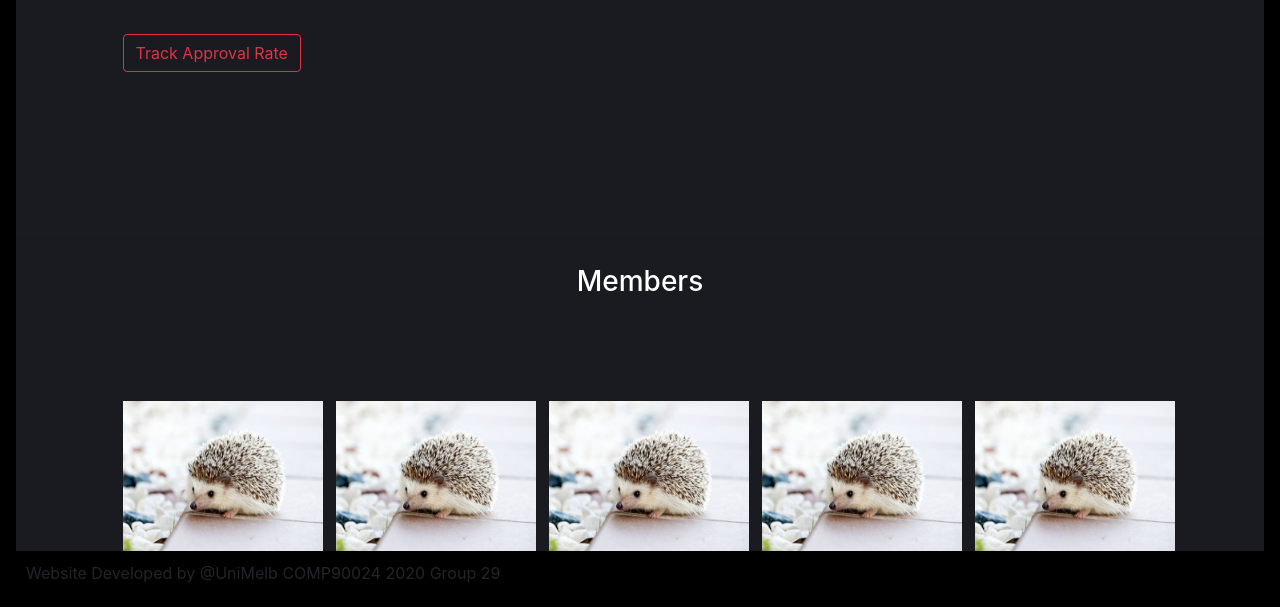
Repository: gusyi/COMP90024_Team29
Page: frontend/templates/frontend/home.html
An editor plug-in stored every save of this project. The page is shown before and after the next save, followed by the edit.
The browser window is 1280 px wide. The pictures show the part of the page from y = 679 to 1311 px (the page is 1286 px tall before and 1311 px after).
Some web libraries are served in a nearby version. The template is drawn by Django 3.2. The application's start-up code is not run. The template is opened directly, without the code that normally fills it, so the values that code supplies are empty.

Above is the page before, as saved 2020-05-25 23:25:39.

After the next save:
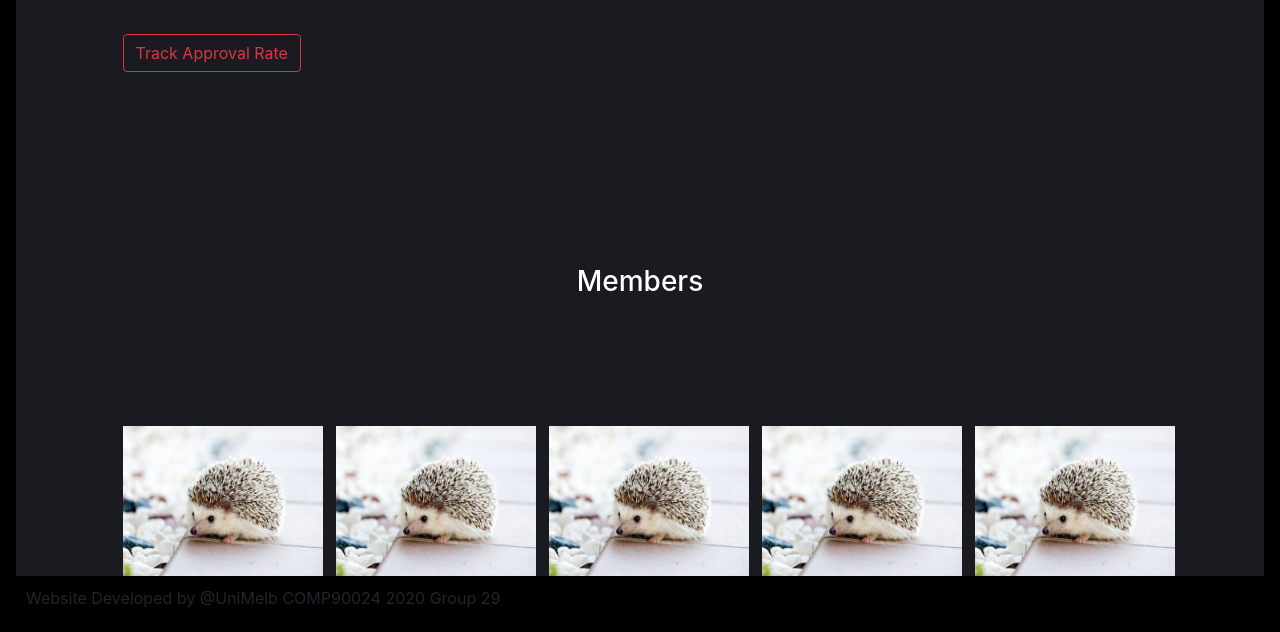
Saved 2 min 44 s later.
--- a/backend/frontend/templates/frontend/home.html
+++ b/backend/frontend/templates/frontend/home.html
@@ -37,9 +37,7 @@
     <hr>
     <div style="height: 10px"></div>
     <h3  style="text-align: center;color:white;"> Members</h3>
-    <svg height="5" width="1000">
-        <line x1="0" y1="30" x2="400" y2="30" style="stroke:rgb(255,255,255);stroke-width:50" />
-    </svg>
+    <hr style="width:50%;text-align:center;margin-left:0">
     <br>
     <div style="height: 20px"></div>
     <div class="row">
